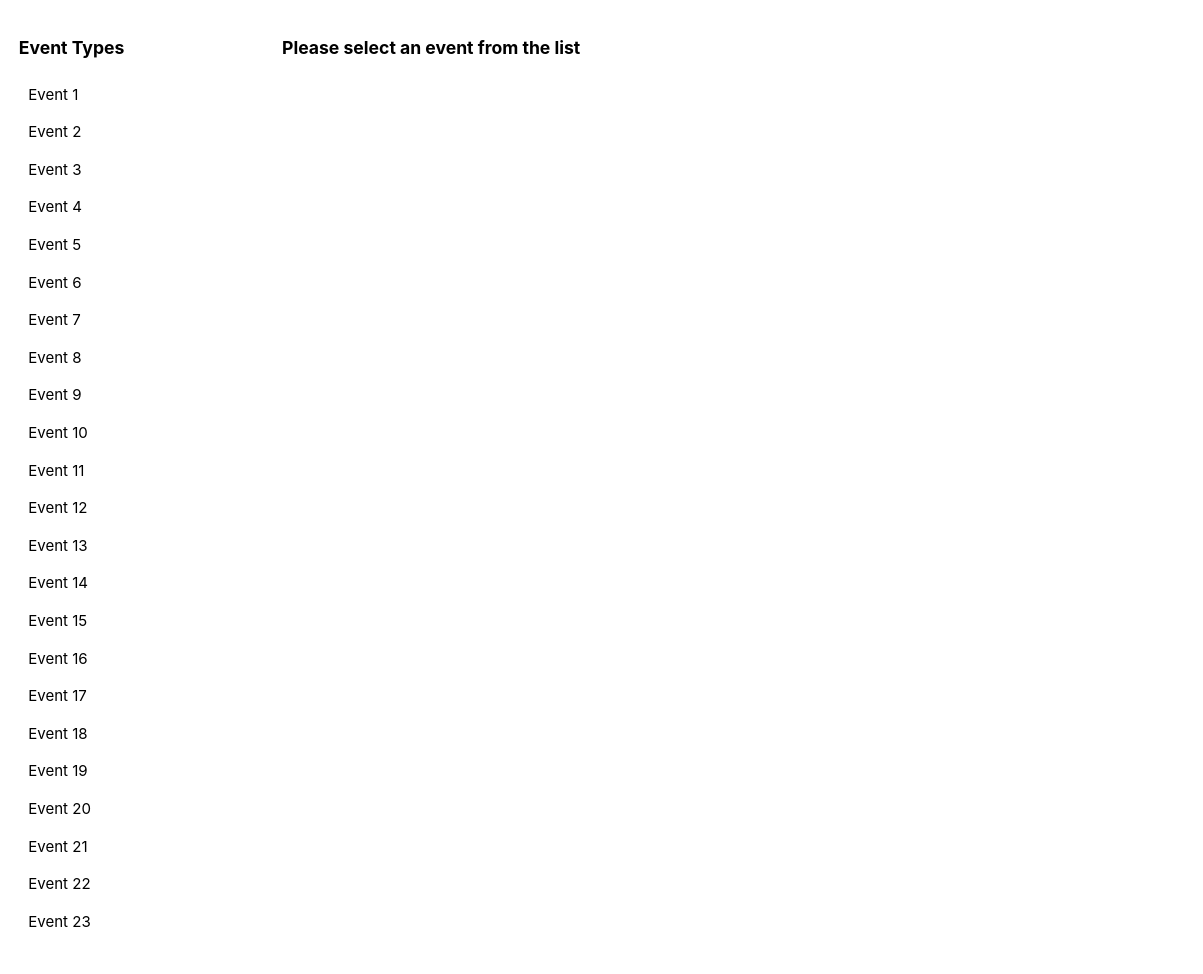
Repository: TauqeerHusain/Assignment
Page: /
These files come from the project's save history. The page is drawn as it stood at one moment and after the next save; the edit follows.
The browser window is 1280 px wide. The pictures show the whole page, at 94% of full size.
The project was rebuilt for these pictures with package versions that can differ from the ones it lists, and the page was loaded fresh each time.

Above is the page before, as saved 2023-02-06 22:25:14.

After the next save:
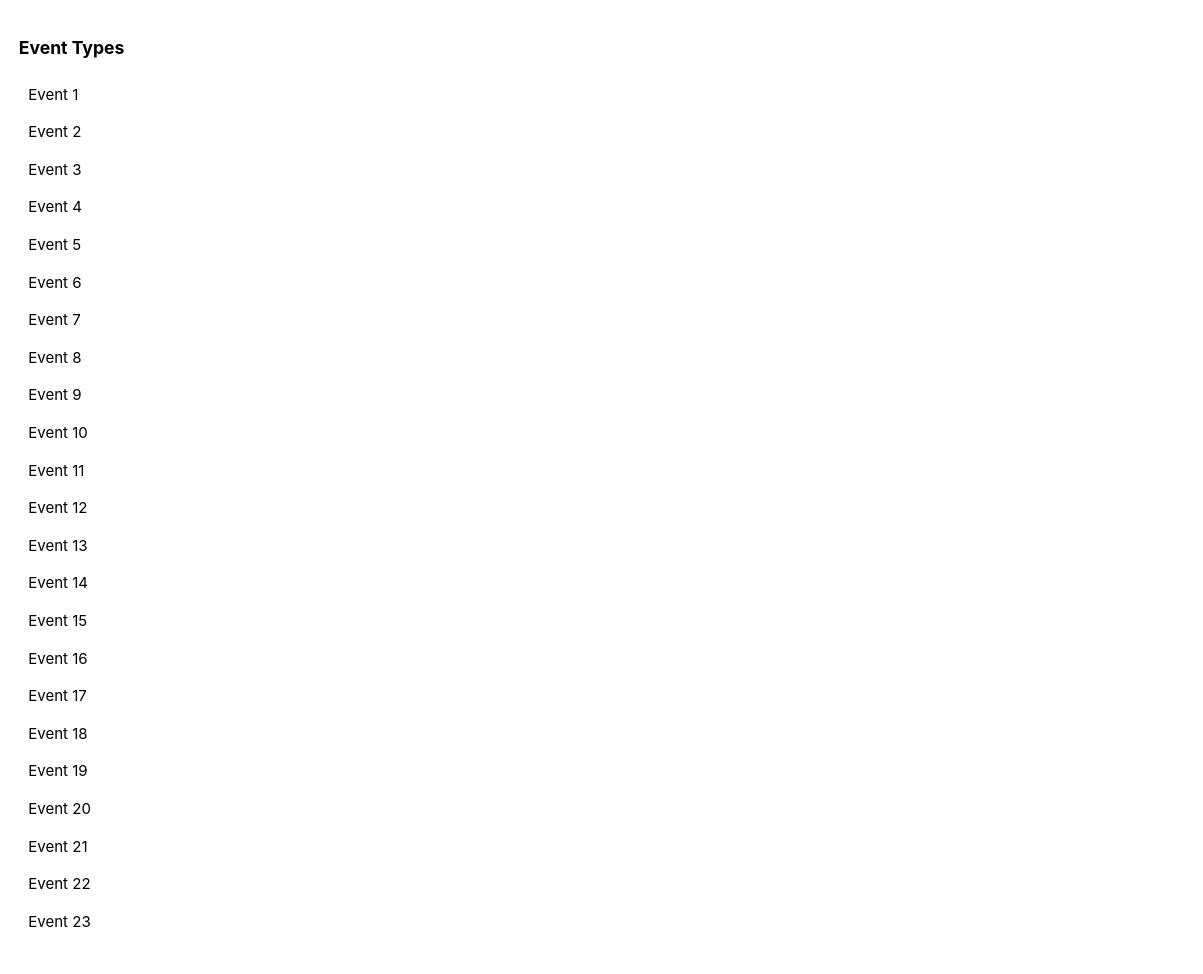
Saved 10 min 47 s later.
--- a/src/App.js
+++ b/src/App.js
@@ -149,7 +149,7 @@ const App = () => {
   };
 
   return (
-    <div style={{ display: "flex", justifyContent: "center" }}>
+    <div style={{ display: "flex" }}>
       <div style={{ width: "20%", padding: "20px" }}>
         <h3>Event Types</h3>
         <ul style={{ listStyleType: "none", padding: 0 }}>
@@ -164,8 +164,8 @@ const App = () => {
           ))}
         </ul>
       </div>
-      <div style={{ width: "80%", padding: "20px" }}>
-        {selectedEvent ? (
+      {selectedEvent && (
+        <div style={{ width: "80%", padding: "20px" }}>
           <div
             style={{
               display: "flex",
@@ -174,17 +174,30 @@ const App = () => {
             }}
           >
             <h3>{selectedEvent.name}</h3>
-            <div onClick={closeTab} style={{ cursor: "pointer" }}>
+            <div
+              style={{
+                display: "inline-block",
+                padding: "10px",
+                backgroundColor: "lightgray",
+                borderRadius: "50%",
+                cursor: "pointer",
+              }}
+              onClick={handleCloseTab}
+              onMouseEnter={() => {
+                console.log("Mouse entered");
+              }}
+              onMouseLeave={() => {
+                console.log("Mouse left");
+              }}
+            >
               x
             </div>
-            <p>Date: {selectedEvent.date}</p>
-            <p>Location: {selectedEvent.location}</p>
-            <p>Description: {selectedEvent.description}</p>
           </div>
-        ) : (
-          <h3>Please select an event from the list</h3>
-        )}
-      </div>
+          <p>Date: {selectedEvent.date}</p>
+          <p>Location: {selectedEvent.location}</p>
+          <p>Description: {selectedEvent.description}</p>
+        </div>
+      )}
     </div>
   );
 };
